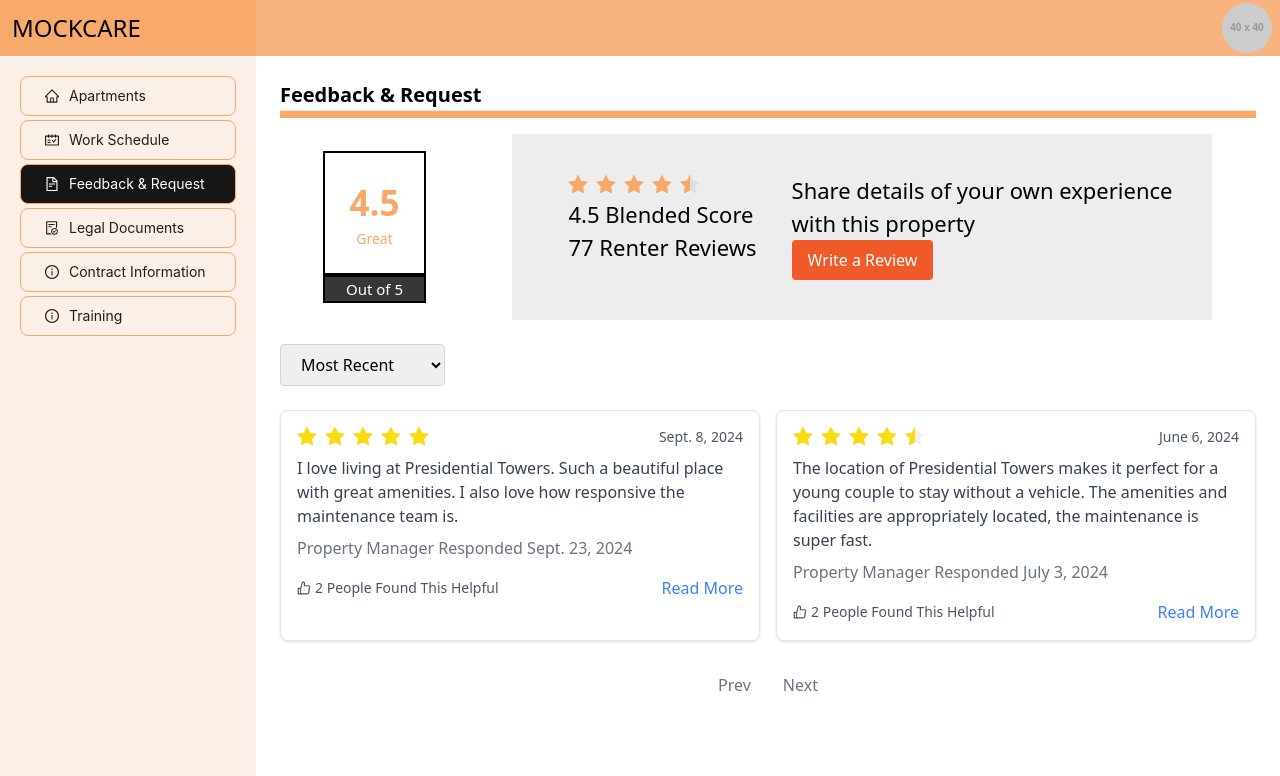
Repository: dunh-real/MockProject_102024_Nhom4
Page: / (app in frontend/)
The author's editor kept a copy of each file at every save. The page is drawn from the files as they stood at one save, then again after the next save.
The browser window is 1280 px wide. The pictures show the whole page.
The project was rebuilt for these pictures with package versions that can differ from the ones it lists, and the page was loaded fresh each time. Also part of the build but not shown: frontend/vite.config.js, frontend/vite.config.ts, frontend/src/App.css, frontend/src/component/ReviewModal.tsx.

Above is the page before, as saved 2024-10-09 13:28:38.

### frontend/src/App.tsx

import './App.css'
import ReviewList from './pages/Feedback&Request/Feedback&Request'
// import LoginForm from './pages/Login/Login'

function App() {


  return (
    <>
      {/* <LoginForm/> */}
      <ReviewList/>
    </>
  )
}

export default App

### frontend/src/pages/Feedback&Request/Feedback&Request.tsx
import React, { useState } from 'react';
import { Rate } from 'antd'; // Dùng Antd cho Rate, có thể thay thế bằng biểu tượng của Tailwind nếu cần
import { LikeOutlined } from '@ant-design/icons';
import ReviewModal from '../../component/ReviewModal';
import Sidebar from '../../component/Sidebar';

interface Review {
    date: string;
    rating: number;
    text: string;
    managerResponse: string;
    helpfulCount: number;
}

const reviews: Review[] = [
    {
        date: 'Sept. 8, 2024',
        rating: 5,
        text: 'I love living at Presidential Towers. Such a beautiful place with great amenities. I also love how responsive the maintenance team is.',
        managerResponse: 'Property Manager Responded Sept. 23, 2024',
        helpfulCount: 2,
    },
    {
        date: 'June 6, 2024',
        rating: 4.5,
        text: 'The location of Presidential Towers makes it perfect for a young couple to stay without a vehicle. The amenities and facilities are appropriately located, the maintenance is super fast.',
        managerResponse: 'Property Manager Responded July 3, 2024',
        helpfulCount: 2,
    },
];

const ReviewList: React.FC = () => {
    const [showModal, setShowModal] = useState<boolean>(false);
    const [page, setPage] = useState<number>(1);

    const handlePageChange = (page: number) => {
        setPage(page);
    };

    const handleSortChange = (value: string) => {
        console.log(`Sort by: ${value}`);
    };

    return (
        <div className=" min-h-screen  bg-gray-50">
            <div className='flex  bg-[#f8a769d9]  justify-between items-center'>
                <div className=' bg-[#f8a769d9] p-3 w-1/5'>
                    <h1 className='text-2xl'>MOCKCARE</h1>
                </div>
                <div className="flex  justify-end">
                    <img
                        src="https://via.placeholder.com/40"
                        alt="Avatar"
                        className="rounded-full w-[50px] h-[50px] mr-2"
                    />
                </div>
            </div>
            <div className="flex">
                <Sidebar />
                <div className="w-4/5 p-6 bg-white">
                    <div className='mb-4'>
                        <h2 className='text-[20px] font-bold'>Feedback & Request</h2>
                        <hr className='h-[8px] bg-[#F8A869]' />
                    </div>
                    <div className="flex  justify-around items-center mb-6">
                        <div className="flex flex-col   items-center">
                            <div className=" text-center text-[#F8A869] border-black border-2  p-6 ">
                                <div className=''>
                                    <p className="text-[35px] font-bold">4.5</p>
                                    <p className="text-sm text-[27px]">Great</p>
                                </div>

                            </div>
                            <div className="text-xs w-full border-black border-2 bg-[#000000c8]">
                                <p className='text-white p-1 text-[15px] text-center'>Out of 5</p>
                            </div>
                        </div>
                        <div className='bg-[#d9d9d97b] flex justify-between'
                         style={{ width: '100%', maxWidth: '700px', padding:40}}
                        >
                            <div className="ml-4 ">
                                <Rate allowHalf defaultValue={4.5} disabled style={{color:'#F8A869'}} />
                                <div className="text-[#000000] text-[22px]">4.5 Blended Score</div>
                                <div className="text-[#000000] font-extralight text-[22px]">77 Renter Reviews</div>
                            </div>
                            <div className=''>
                                <p className='text-[#000000] font-extralight text-[22px]'>Share details of your own experience <br/>
                                with this property</p>
                                <button
                                    onClick={() => setShowModal(true)}
                                    className="bg-[#f05a28] text-white px-4 py-2 rounded hover:bg-[#ff6a38] hover:text-black "
                                >
                                    Write a Review
                                </button>
                            </div>
                        </div>
                    </div>
                    <div className="mb-6 flex justify-between">
                        <select
                            onChange={(e) => handleSortChange(e.target.value)}
                            className="border border-gray-300 rounded px-4 py-2"
                        >
                            <option value="recent">Most Recent</option>
                            <option value="highest">Highest Rating</option>
                            <option value="lowest">Lowest Rating</option>
                        </select>
                    </div>
                    <div className="grid grid-cols-1 md:grid-cols-2 gap-4">
                        {reviews.slice((page - 1) * 2, page * 2).map((review, index) => (
                            <div key={index} className="p-4 border border-gray-200 rounded-lg bg-white shadow">
                                <div className="flex justify-between items-center mb-2">
                                    <Rate allowHalf defaultValue={review.rating} disabled />
                                    <span className="text-sm text-gray-600">{review.date}</span>
                                </div>
                                <p className="text-gray-700">{review.text}</p>
                                <p className="text-gray-500 mt-2">{review.managerResponse}</p>
                                <div className="flex justify-between items-center mt-4">
                                    <div className="flex items-center text-sm text-gray-600">
                                        <LikeOutlined className="mr-1" />
                                        {review.helpfulCount} People Found This Helpful
                                    </div>
                                    <button className="text-blue-500">Read More</button>
                                </div>
                            </div>
                        ))}
                    </div>
                    <div className="flex justify-center mt-6">
                        <button
                            onClick={() => handlePageChange(page - 1)}
                            className="px-4 py-2 text-gray-500"
                            disabled={page === 1}
                        >
                            Prev
                        </button>
                        <button
                            onClick={() => handlePageChange(page + 1)}
                            className="px-4 py-2 text-gray-500"
                        >
                            Next
                        </button>
                    </div>
                </div>
            </div>
            {showModal && <ReviewModal setShowModal={setShowModal} />}
        </div>
    );
};

export default ReviewList;

### frontend/src/component/Sidebar.tsx
import { Menu } from 'antd';
import { HomeOutlined, ScheduleOutlined, FileTextOutlined, FileDoneOutlined, InfoCircleOutlined } from '@ant-design/icons';

const Sidebar = () => {
  return (
    <div style={{ width: '20%', minHeight: '100vh', backgroundColor: '#FAF0E8', padding: '1rem' }}>
      <Menu
        defaultSelectedKeys={['feedback']}
        mode="inline"
        style={{ backgroundColor: '#FAF0E8', borderRight: 0 }}
      >
        <Menu.Item
          key="apartments"
          icon={<HomeOutlined />}
          style={{
            padding: '12px 24px',
            border:1, borderStyle:'solid', borderColor:'#F8A869'
          }}
        >
          Apartments
        </Menu.Item>
        <Menu.Item
          key="schedule"
          icon={<ScheduleOutlined />}
          style={{
            padding: '12px 24px',
            border:1, borderStyle:'solid', borderColor:'#F8A869'
          }}
        >
          Work Schedule
        </Menu.Item>
        <Menu.Item
          key="feedback"
          icon={<FileTextOutlined />}
          style={{
            backgroundColor: '#171615',
            color: 'white',
            padding: '12px 24px',
            border:1, borderStyle:'solid', borderColor:'#F8A869'
          }}
        >
          Feedback & Request
        </Menu.Item>
        <Menu.Item
          key="legal"
          icon={<FileDoneOutlined />}
          style={{
            padding: '12px 24px',
            border:1, borderStyle:'solid', borderColor:'#F8A869'
          }}
        >
          Legal Documents
        </Menu.Item>
        <Menu.Item
          key="contract"
          icon={<InfoCircleOutlined />}
          style={{
            padding: '12px 24px',
            border:1, borderStyle:'solid', borderColor:'#F8A869'
          }}
        >
          Contract Information
        </Menu.Item>
        <Menu.Item
          key="training"
          icon={<InfoCircleOutlined />}
          style={{
            padding: '12px 24px',
            border: 1, borderStyle: 'solid', borderColor: '#F8A869'
          }}
        >
          Training
        </Menu.Item>
      </Menu>
    </div>
  );
};

export default Sidebar;

Loaded but not shown: frontend/index.html (common file); frontend/src/main.jsx (common file); frontend/src/index.css (common file); frontend/tailwind.config.js (common file)

After the next save:
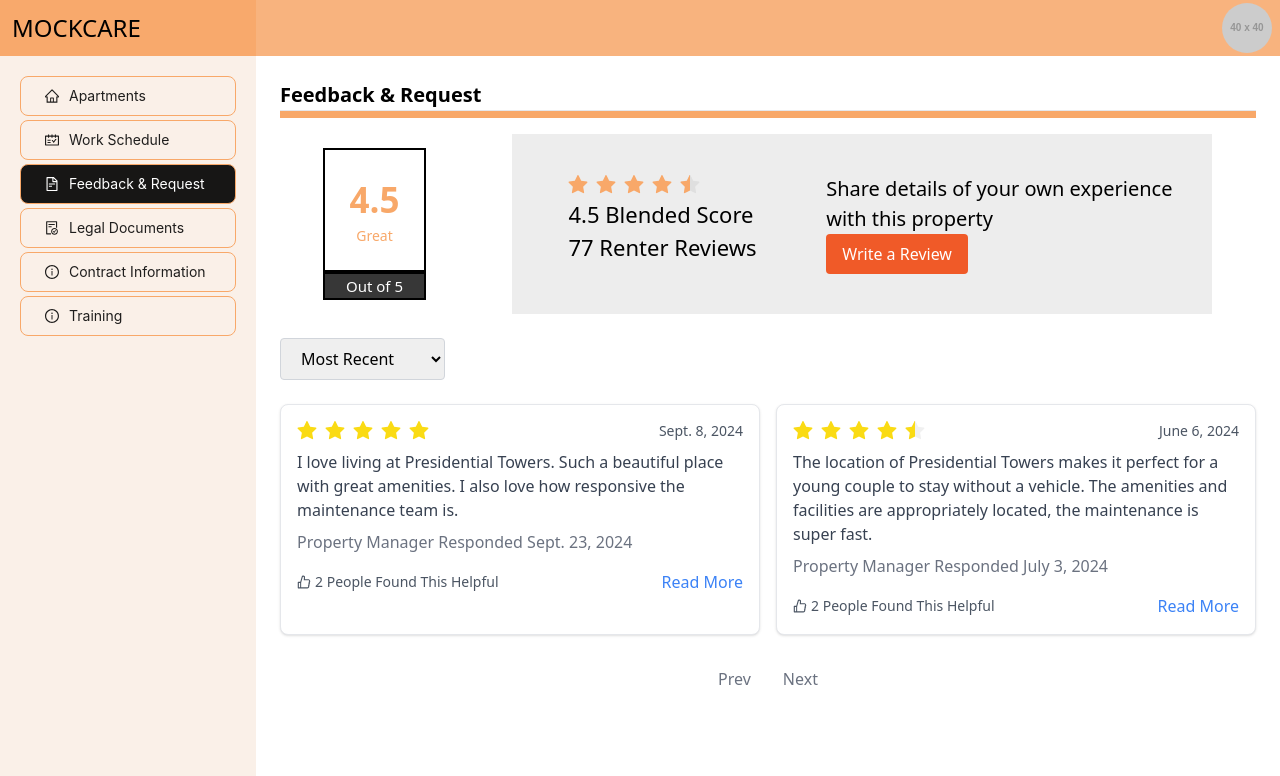
Saved 13 s later.
--- a/frontend/src/pages/Feedback&Request/Feedback&Request.tsx
+++ b/frontend/src/pages/Feedback&Request/Feedback&Request.tsx
@@ -84,7 +84,7 @@ const ReviewList: React.FC = () => {
                                 <div className="text-[#000000] font-extralight text-[22px]">77 Renter Reviews</div>
                             </div>
                             <div className=''>
-                                <p className='text-[#000000] font-extralight text-[22px]'>Share details of your own experience <br/>
+                                <p className='text-[#000000] font-extralight text-[20px]'>Share details of your own experience <br/>
                                 with this property</p>
                                 <button
                                     onClick={() => setShowModal(true)}
